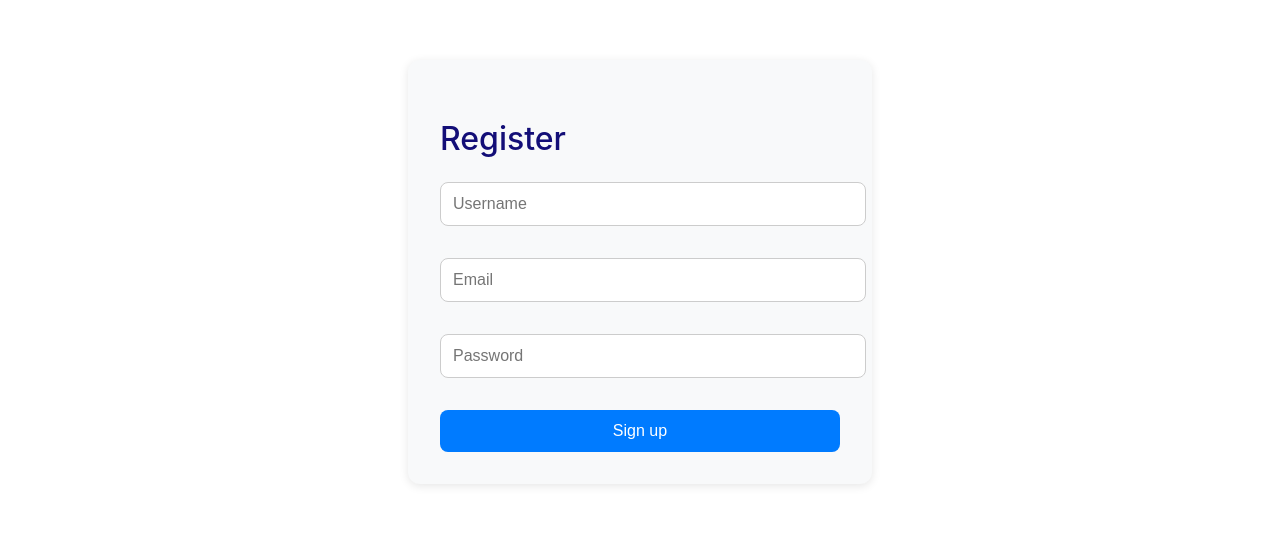
Repository: RachelB9913/smart-task-and-habit-tracker
Page: /register
These files come from the project's save history. The page is drawn as it stood at one moment and after the next save; the edit follows.
The browser window is 1280 px wide. The pictures show the whole page.
The project was rebuilt for these pictures with package versions that can differ from the ones it lists, and the page was loaded fresh each time. Also part of the build but not shown: src/components/PageWrapper.js, src/components/welcome.js, src/components/Login.js.

Above is the page before, as saved 2025-06-18 17:02:11.

After the next save:
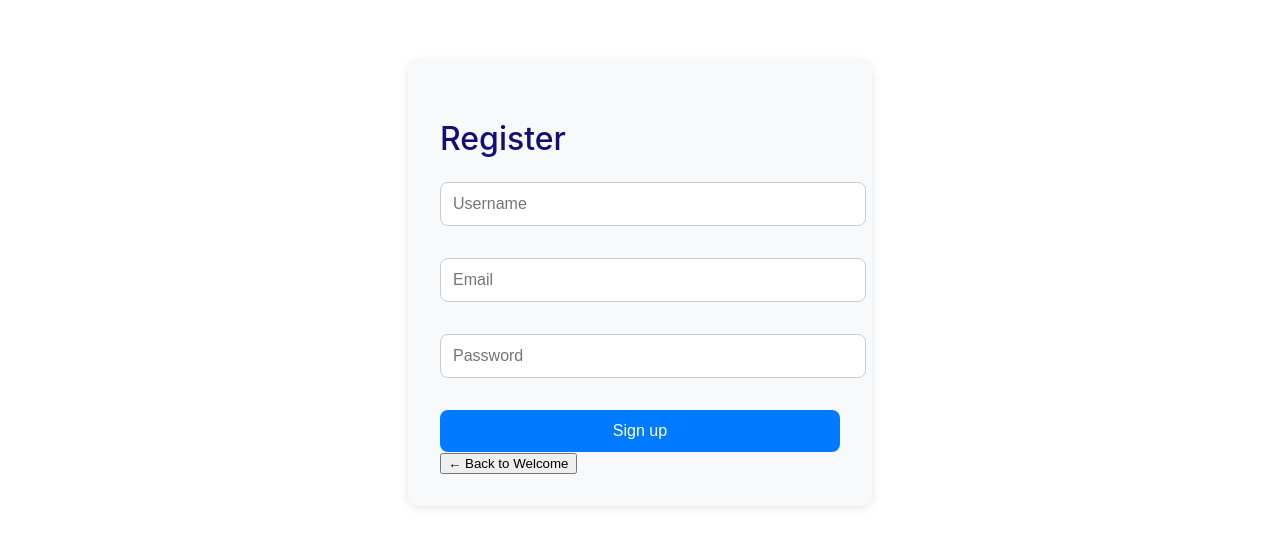
Saved 34 s later.
--- a/src/components/Register.js
+++ b/src/components/Register.js
@@ -84,6 +84,7 @@ export default function Register() {
         <input type="password" placeholder="Password" value={password} onChange={e => setPassword(e.target.value)} required />
         <button type="submit">Sign up</button>
       </form>
+      <button onClick={() => navigate("/")}>← Back to Welcome</button>
     </div>
   );
 }
